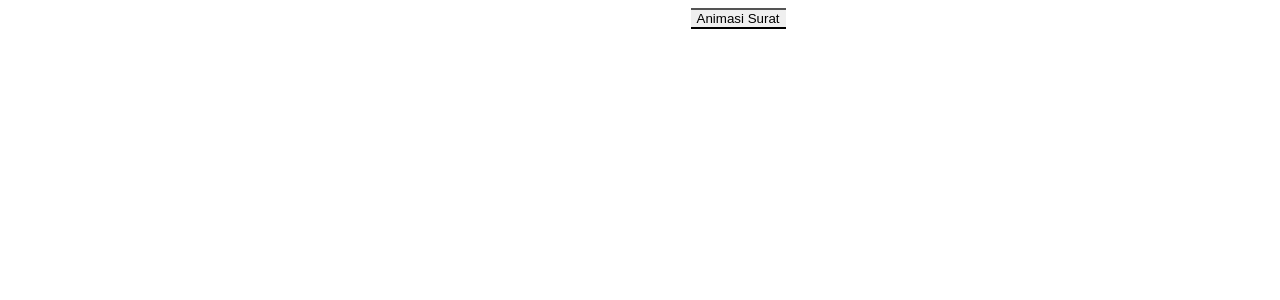
Repository: Irantsitumorang/projectRepo1
Page: BelajarJS/LatihanHTML/WebContent/suratj.html
The author's editor kept a copy of each file at every save. The page is drawn from the files as they stood at one save, then again after the next save.
The browser window is 1280 px wide. The pictures show the whole page.

Above is the page before, as saved 2021-07-01 10:37:10.

After the next save:
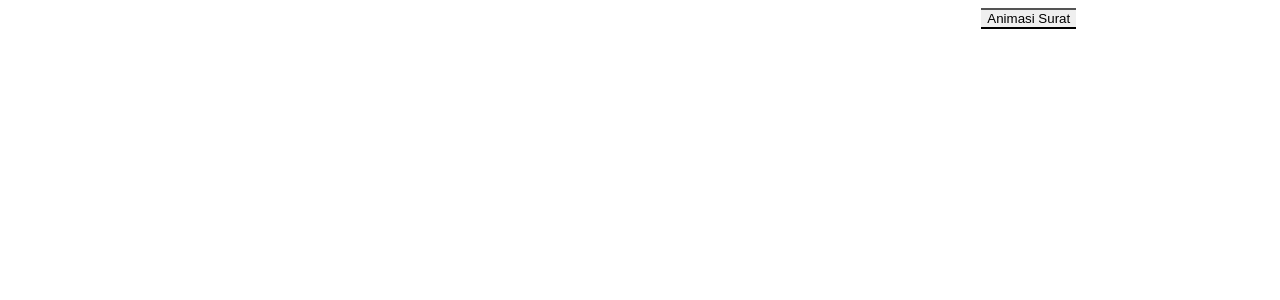
Saved 3 min 49 s later.
--- a/BelajarJS/LatihanHTML/WebContent/suratj.html
+++ b/BelajarJS/LatihanHTML/WebContent/suratj.html
@@ -64,9 +64,9 @@ $(document).ready(function(){
 </head>
 <body>
 
+<div id="kumpulan">
 <button id="bg">Animasi Surat</button><br><br>
 
-<div id="kumpulan">
 <div id="surat1" style="display:none; background-color:yellow;"></div><br>
 <div id="surat2" style="display:none; background-color:orange;"></div><br>
 <div id="surat3" style="display:none; background-color:blue;"></div>
